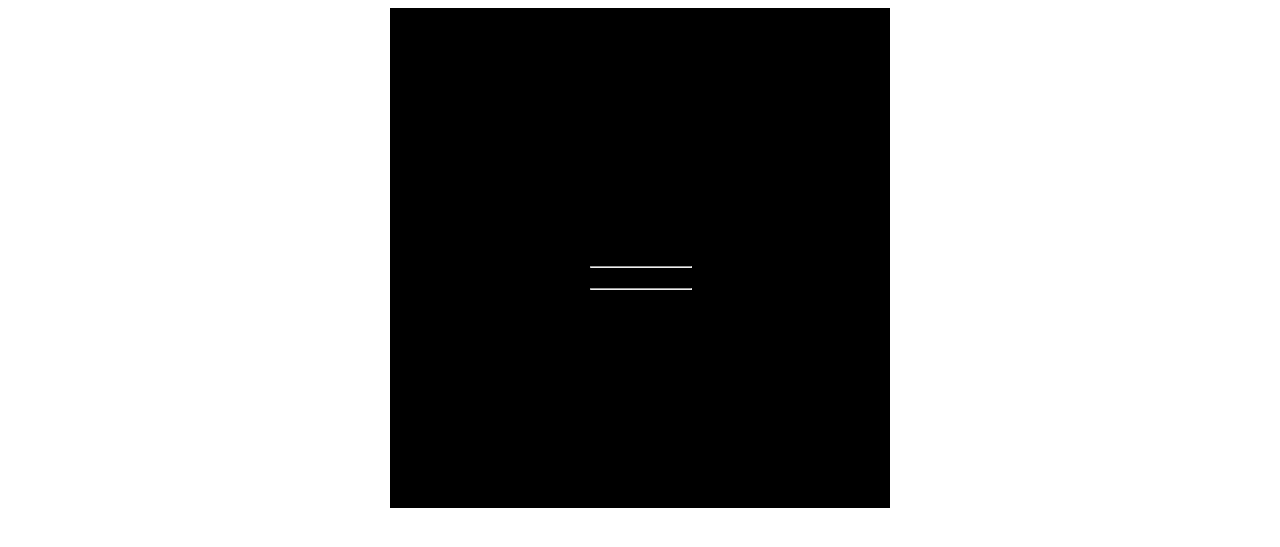
Repository: batonAnton/Hw-Lec10-animation
Page: index.html
The author's editor kept a copy of each file at every save. The page is drawn from the files as they stood at one save, then again after the next save.
The browser window is 1280 px wide. The pictures show the whole page.

Above is the page before, as saved 2022-07-15 13:39:45.

### index.html
<!DOCTYPE html>
<html lang="en">
<head>
    <meta charset="UTF-8">
    <meta http-equiv="X-UA-Compatible" content="IE=edge">
    <meta name="viewport" content="width=device-width, initial-scale=1.0">
    <link rel="stylesheet" href="css/style.css">
    <title>Animation</title>
</head>
<body>
        <div class="wrapper">
            <div class="block">
                <div class="cross-line">
                    <hr class="first-line">
                    <hr class="second-line">
                </div>

            </div>
        </div>
</body>
</html>

### css/style.css
.wrapper{
    display:flex;
    justify-content: center;
    position: relative;
}
.block{
    background-color: black;
    width: 500px;
    height: 500px;
    display:flex;
    justify-content: center;
}

.cross-line{
    width: 100px;
    height: 100px;
    top: 50%;
    position:absolute;
}

hr{
    background-color: #fff;
    width: 100px;
}

.first-line{
    margin-bottom: 20px;
    animation-name: cross-line1;
    animation-duration: 1s;
    animation-fill-mode:forwards ;
    animation-iteration-count:infinite;
    animation-play-state: paused;

}

.second-line{
    animation-name: cross-line2;
    animation-duration: 1s;
    animation-iteration-count: infinite;
    animation-play-state: paused;
}



@keyframes cross-line1{
    /* 0%{
        transform: rotate(0);
    }

    50%{
        transform:rotate(45deg);
    }

    100%{
        transform:rotate(0);
    } */
    to{
        transform: rotate(-45deg);
    }
}

@keyframes cross-line2{
    0%{
        transform: rotate(0);
    }

    50%{
        transform:rotate(-45deg);
    }

    100%{
        transform:rotate(0);
    }
}

.cross-line:hover .first-line {
    animation: cross-line1 2s linear;
    animation-play-state: running;
    cursor: pointer;
}
.cross-line:hover .second-line {
    animation: cross-line2 2s linear;
    animation-play-state: running;
    cursor: pointer;



}

After the next save:
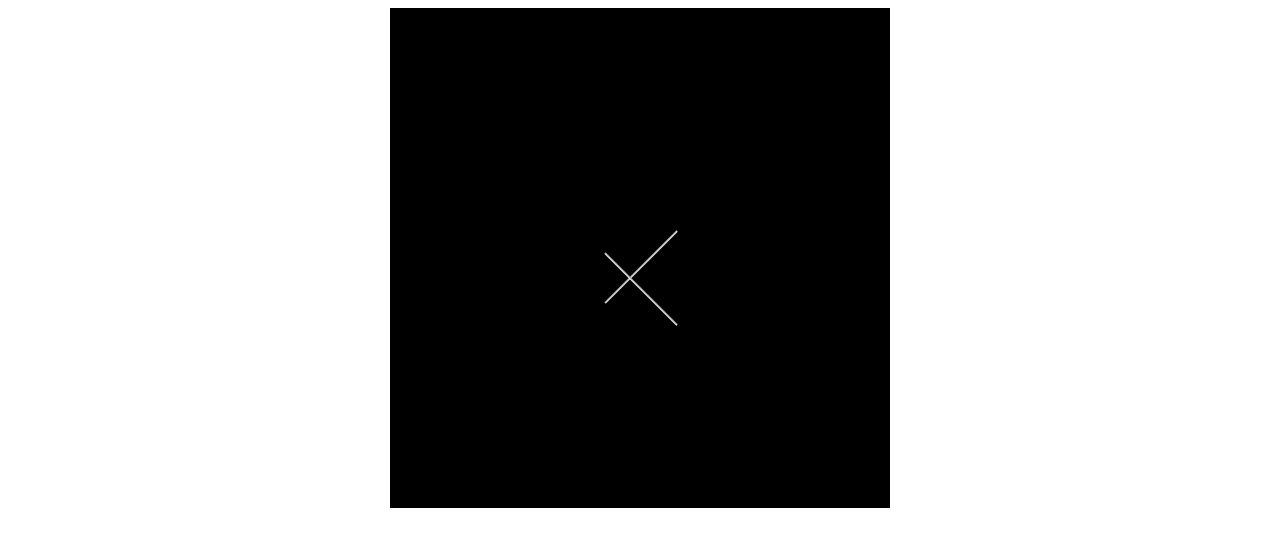
Saved 5 min 32 s later.
--- a/css/style.css
+++ b/css/style.css
@@ -27,16 +27,20 @@
     margin-bottom: 20px;
     animation-name: cross-line1;
     animation-duration: 1s;
-    animation-fill-mode:forwards ;
-    animation-iteration-count:infinite;
+    animation-fill-mode:both ;
+    animation-iteration-count:calc(1);
     animation-play-state: paused;
+    animation-direction:alternate-reverse;
 
 }
 
 .second-line{
     animation-name: cross-line2;
     animation-duration: 1s;
-    animation-iteration-count: infinite;
+    animation-iteration-count:calc(1);
+    animation-fill-mode:both ;
+    animation-direction:alternate-reverse;
+
     animation-play-state: paused;
 }
 
@@ -60,7 +64,7 @@
 }
 
 @keyframes cross-line2{
-    0%{
+    /* 0%{
         transform: rotate(0);
     }
 
@@ -70,6 +74,9 @@
 
     100%{
         transform:rotate(0);
+    } */
+    to{
+        transform: rotate(45deg);
     }
 }
 

After the save that followed:
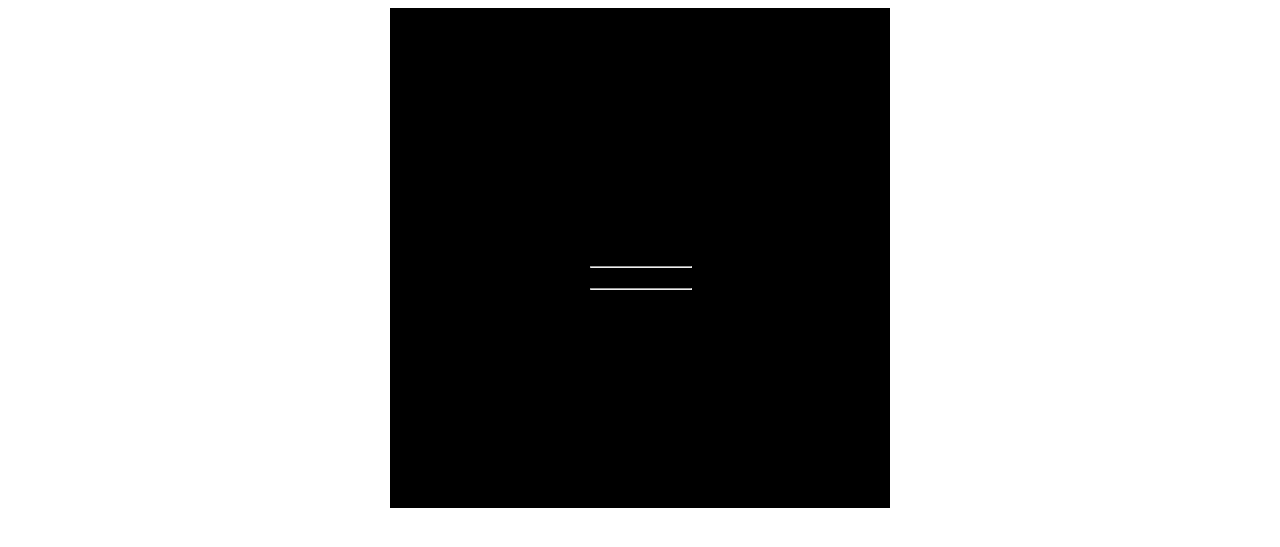
Saved 5 min 3 s later.
--- a/css/style.css
+++ b/css/style.css
@@ -28,18 +28,18 @@
     animation-name: cross-line1;
     animation-duration: 1s;
     animation-fill-mode:both ;
-    animation-iteration-count:calc(1);
+    animation-iteration-count:infinite;
     animation-play-state: paused;
-    animation-direction:alternate-reverse;
+    animation-direction: normal;
 
 }
 
 .second-line{
     animation-name: cross-line2;
     animation-duration: 1s;
-    animation-iteration-count:calc(1);
+    animation-iteration-count:infinite;
     animation-fill-mode:both ;
-    animation-direction:alternate-reverse;
+    animation-direction: normal;
 
     animation-play-state: paused;
 }
@@ -84,11 +84,15 @@
     animation: cross-line1 2s linear;
     animation-play-state: running;
     cursor: pointer;
+    animation-iteration-count:calc(1);
+
 }
 .cross-line:hover .second-line {
     animation: cross-line2 2s linear;
     animation-play-state: running;
     cursor: pointer;
+    animation-iteration-count:calc(1);
+
 
 
 
